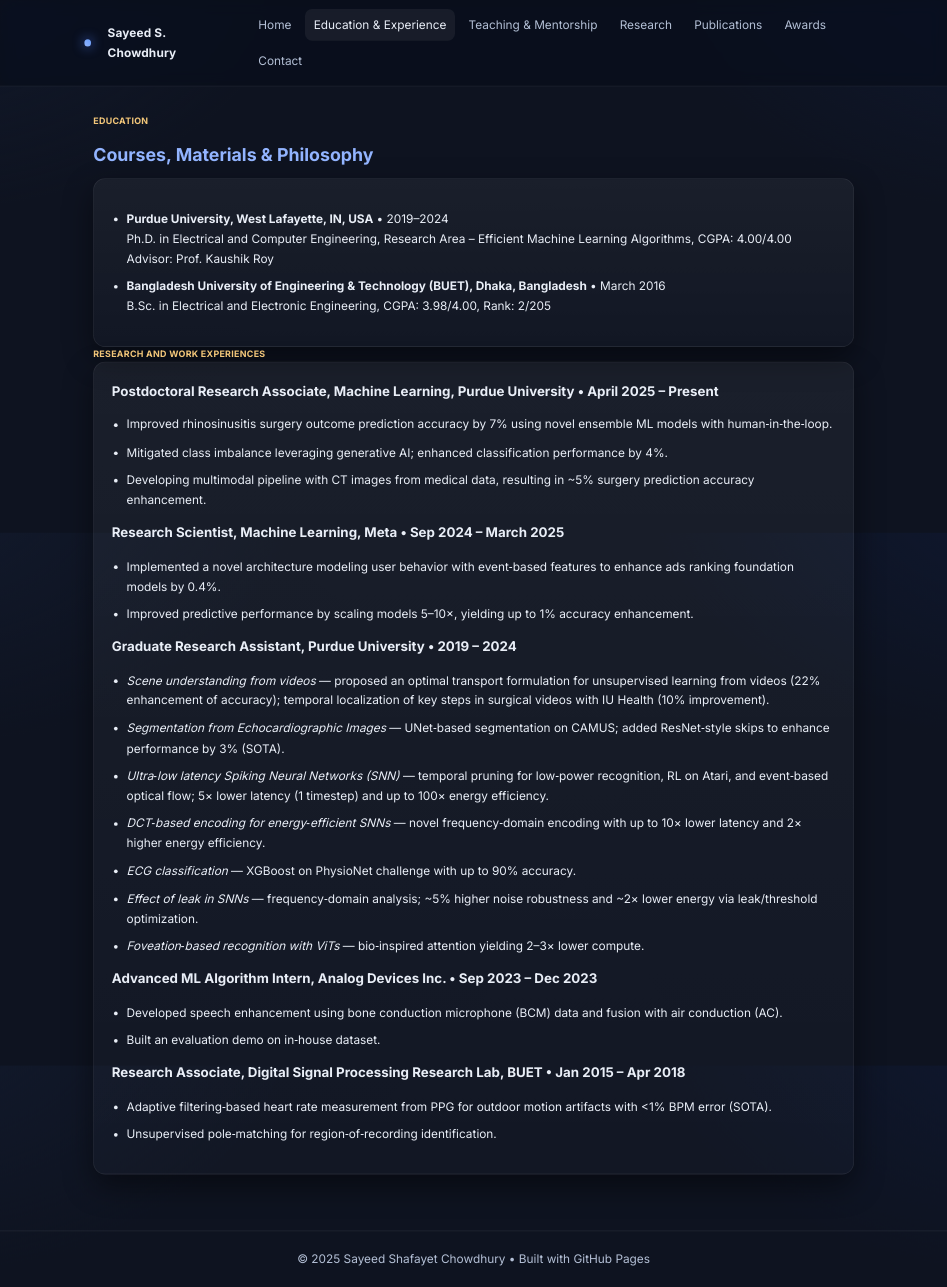
Repository: SayeedChowdhury/SayeedChowdhury.github.io
Page: edu-exp.html
The author's editor kept a copy of each file at every save. The page is drawn from the files as they stood at one save, then again after the next save.
The browser window is 1280 px wide. The pictures show the whole page, at 74% of full size.

Above is the page before, as saved 2025-08-10 19:10:31.

### edu-exp.html
<!doctype html>
<html lang="en">
<head>
  <meta charset="utf-8">
  <meta name="viewport" content="width=device-width, initial-scale=1">
  <title>Education & Experience • Sayeed S. Chowdhury</title>
  <link rel="preconnect" href="https://fonts.googleapis.com">
  <link rel="preconnect" href="https://fonts.gstatic.com" crossorigin>
  <link href="https://fonts.googleapis.com/css2?family=Inter:wght@400;600;700&display=swap" rel="stylesheet">
  <link rel="stylesheet" href="assets/style.css">
</head>
<body>
<div class="nav">
  <div class="inner container">
    <div class="brand"><span class="dot"></span> <a href="index.html" style="text-decoration:none;color:inherit;">Sayeed S. Chowdhury</a></div>
    <div style="margin-left:auto; display:flex; gap:6px; flex-wrap:wrap">
      <a href="index.html" class="">Home</a>
      <a href="edu-exp.html" class="active">Education & Experience</a>
      <a href="teaching.html" class="">Teaching & Mentorship</a>
      <a href="research.html" class="">Research</a>
      <a href="publications.html" class="">Publications</a>
      <a href="awards.html" class="">Awards</a>
      <a href="contact.html" class="">Contact</a>
    </div>
  </div>
</div>
<div class="container">

<section class="section">
  <div class="kicker">Education</div>
  <h2>Courses, Materials & Philosophy</h2>
  <div class="card">
    <ul class="list">
      <li><strong>Purdue University, West Lafayette, IN, USA</strong> • 2019–2024<br>
          Ph.D. in Electrical and Computer Engineering, Research Area – Efficient Machine Learning Algorithms, CGPA: 4.00/4.00<br>
          Advisor: Prof. Kaushik Roy
      </li>
      <li><strong>Bangladesh University of Engineering & Technology (BUET), Dhaka, Bangladesh</strong> • March 2016<br>
          B.Sc. in Electrical and Electronic Engineering, CGPA: 3.98/4.00, Rank: 2/205
      </li>
    </ul>
  </div>

  <div class="kicker">Research and Work Experiences</div>
  <div class="card">
    <h3>Postdoctoral Research Associate, Machine Learning, Purdue University • April 2025 – Present</h3>
    <ul class="list">
      <li>Improved rhinosinusitis surgery outcome prediction accuracy by 7% using novel ensemble ML models with human‑in‑the‑loop.</li>
      <li>Mitigated class imbalance leveraging generative AI; enhanced classification performance by 4%.</li>
      <li>Developing multimodal pipeline with CT images from medical data, resulting in ~5% surgery prediction accuracy enhancement.</li>
    </ul>

    <h3>Research Scientist, Machine Learning, Meta • Sep 2024 – March 2025</h3>
    <ul class="list">
      <li>Implemented a novel architecture modeling user behavior with event‑based features to enhance ads ranking foundation models by 0.4%.</li>
      <li>Improved predictive performance by scaling models 5–10×, yielding up to 1% accuracy enhancement.</li>
    </ul>

    <h3>Graduate Research Assistant, Purdue University • 2019 – 2024</h3>
    <ul class="list">
      <li><em>Scene understanding from videos</em> — proposed an optimal transport formulation for unsupervised learning from videos (22% enhancement of accuracy); temporal localization of key steps in surgical videos with IU Health (10% improvement).</li>
      <li><em>Segmentation from Echocardiographic Images</em> — UNet‑based segmentation on CAMUS; added ResNet‑style skips to enhance performance by 3% (SOTA).</li>
      <li><em>Ultra‑low latency Spiking Neural Networks (SNN)</em> — temporal pruning for low‑power recognition, RL on Atari, and event‑based optical flow; 5× lower latency (1 timestep) and up to 100× energy efficiency.</li>
      <li><em>DCT‑based encoding for energy‑efficient SNNs</em> — novel frequency‑domain encoding with up to 10× lower latency and 2× higher energy efficiency.</li>
      <li><em>ECG classification</em> — XGBoost on PhysioNet challenge with up to 90% accuracy.</li>
      <li><em>Effect of leak in SNNs</em> — frequency‑domain analysis; ~5% higher noise robustness and ~2× lower energy via leak/threshold optimization.</li>
      <li><em>Foveation‑based recognition with ViTs</em> — bio‑inspired attention yielding 2–3× lower compute.</li>
    </ul>

    <h3>Advanced ML Algorithm Intern, Analog Devices Inc. • Sep 2023 – Dec 2023</h3>
    <ul class="list">
      <li>Developed speech enhancement using bone conduction microphone (BCM) data and fusion with air conduction (AC).</li>
      <li>Built an evaluation demo on in‑house dataset.</li>
    </ul>

    <h3>Research Associate, Digital Signal Processing Research Lab, BUET • Jan 2015 – Apr 2018</h3>
    <ul class="list">
      <li>Adaptive filtering‑based heart rate measurement from PPG for outdoor motion artifacts with &lt;1% BPM error (SOTA).</li>
      <li>Unsupervised pole‑matching for region‑of‑recording identification.</li>
    </ul>
  </div>

  <!-- <div class="kicker">Teaching Experience</div>
  <div class="card">
    <h3>Visiting Assistant Professor, Purdue University • August 2025 – Present</h3>
    <ul class="list">
      <li>Designed and taught upper‑undergrad AI for IoT (instructor of record); guest lectures in Artificial Intelligence.</li>
      <li>Supervising capstone on transfer learning for biomedical AI.</li>
    </ul>

    <h3>Lecturer, Ahsanullah University of Science and Technology (AUST), Dhaka • 2018</h3>
    <ul class="list">
      <li>Taught C++ and MATLAB programming; instructor of record for VLSI (theory & lab), contributed curriculum & lab manual.</li>
    </ul>

    <h3>Lecturer, Bangladesh University of Engineering & Technology (BUET), Dhaka • 2016–2017</h3>
    <ul class="list">
      <li>Courses: Signals & Systems (EEE 301), Electrical DC/AC Circuits (EEE 101/105), Measurement & Instrumentation (EEE 407), DSP (EEE 307); taught 12 lab sections including programming.</li>
    </ul>

    <h3>Lecturer, BRAC University, Dhaka • 2016</h3>
    <ul class="list">
      <li>Digital Signal Processing (theory and laboratory); led power system protection lab for multiple sections.</li>
    </ul>
  </div> -->
</section>

</div>
<div class="footer">© 2025 Sayeed Shafayet Chowdhury • Built with GitHub Pages</div>
</body>
</html>

### assets/style.css

:root{
  --bg:#0e1320;
  --bg-grad1:#121a2d;
  --panel:#151b2e;
  --panel-2:#101626;
  --ink:#e9eef7;
  --muted:#b4c0d6;
  --navy:#92b4ff;
  --gold:#f3c77a;
  --border:rgba(255,255,255,.08);
  --shadow:0 16px 40px rgba(0,0,0,.45);
  --radius:16px;
}

*{box-sizing:border-box}
html,body{height:100%}
body{
  margin:0;
  color:var(--ink);
  background:
    radial-gradient(900px 600px at -10% -10%, var(--bg-grad1) 0%, transparent 60%),
    radial-gradient(900px 600px at 110% -10%, #0f1830 0%, transparent 60%),
    var(--bg);
  font:16px/1.7 "Inter", system-ui, -apple-system, Segoe UI, Roboto, Helvetica, Arial;
  -webkit-font-smoothing:antialiased;
}

.container{max-width:1100px;margin:0 auto;padding:24px}

.nav{
  position:sticky; top:0; z-index:10;
  background:rgba(9,13,24,.7);
  backdrop-filter:saturate(170%) blur(10px);
  border-bottom:1px solid var(--border);
}
.nav .inner{display:flex; align-items:center; gap:16px; padding:12px 24px;}
.nav .brand{display:flex; align-items:center; gap:10px; font-weight:700; letter-spacing:.2px; color:var(--ink)}
.nav .brand .dot{width:10px;height:10px;border-radius:50%;background:linear-gradient(45deg,var(--navy),#6aa0ff); box-shadow:0 0 16px #4e79ff}
.nav a{color:var(--muted); text-decoration:none; padding:8px 12px; border-radius:10px}
.nav a.active, .nav a:hover{color:var(--ink); background:rgba(255,255,255,.06)}

.hero{
  display:grid; grid-template-columns:1.1fr .9fr; gap:28px; align-items:stretch;
  padding:48px 24px 12px;
}
.card{
  background:linear-gradient(180deg, rgba(255,255,255,.05), rgba(255,255,255,.02));
  border:1px solid var(--border);
  border-radius:var(--radius);
  box-shadow:var(--shadow);
  padding:24px;
}
h1{font-size:32px; margin:0 0 4px}
h2{font-size:24px;margin:16px 0 10px;color:var(--navy)}
h3{font-size:18px;margin:0 0 6px}
.lead{color:var(--muted); font-size:16px}
.badges{display:flex; flex-wrap:wrap; gap:10px; margin-top:14px}
.badge{background:rgba(146,180,255,.14); border:1px solid rgba(146,180,255,.4); color:#d9e4ff; padding:6px 10px; border-radius:999px; font-size:13px}

.row{display:flex; gap:18px; flex-wrap:wrap; align-items:center}
.cta{display:flex; gap:12px; flex-wrap:wrap; margin-top:12px}
.button{display:inline-flex;align-items:center;gap:10px;padding:12px 16px;border-radius:12px;border:1px solid var(--border);background:rgba(146,180,255,.16);color:var(--ink);text-decoration:none;font-weight:600}
.button.secondary{background:rgba(255,255,255,.04)}

.headshot{width:160px;height:160px;border-radius:50%;object-fit:cover;border:3px solid rgba(255,255,255,.08);box-shadow:var(--shadow)}

.section{padding:12px}
.kicker{color:var(--gold);font-weight:700;letter-spacing:.4px;text-transform:uppercase;font-size:12px}

.list{padding-left:20px}
.list li{margin:10px 0}

.footer{border-top:1px solid var(--border); color:var(--muted); padding:24px; text-align:center; margin-top:40px}

@media (max-width: 900px){
  .hero{grid-template-columns:1fr}
}

@media print{
  .nav,.footer,.cta{display:none}
  body{background:white;color:#111}
  .card{box-shadow:none}
}

After the next save:
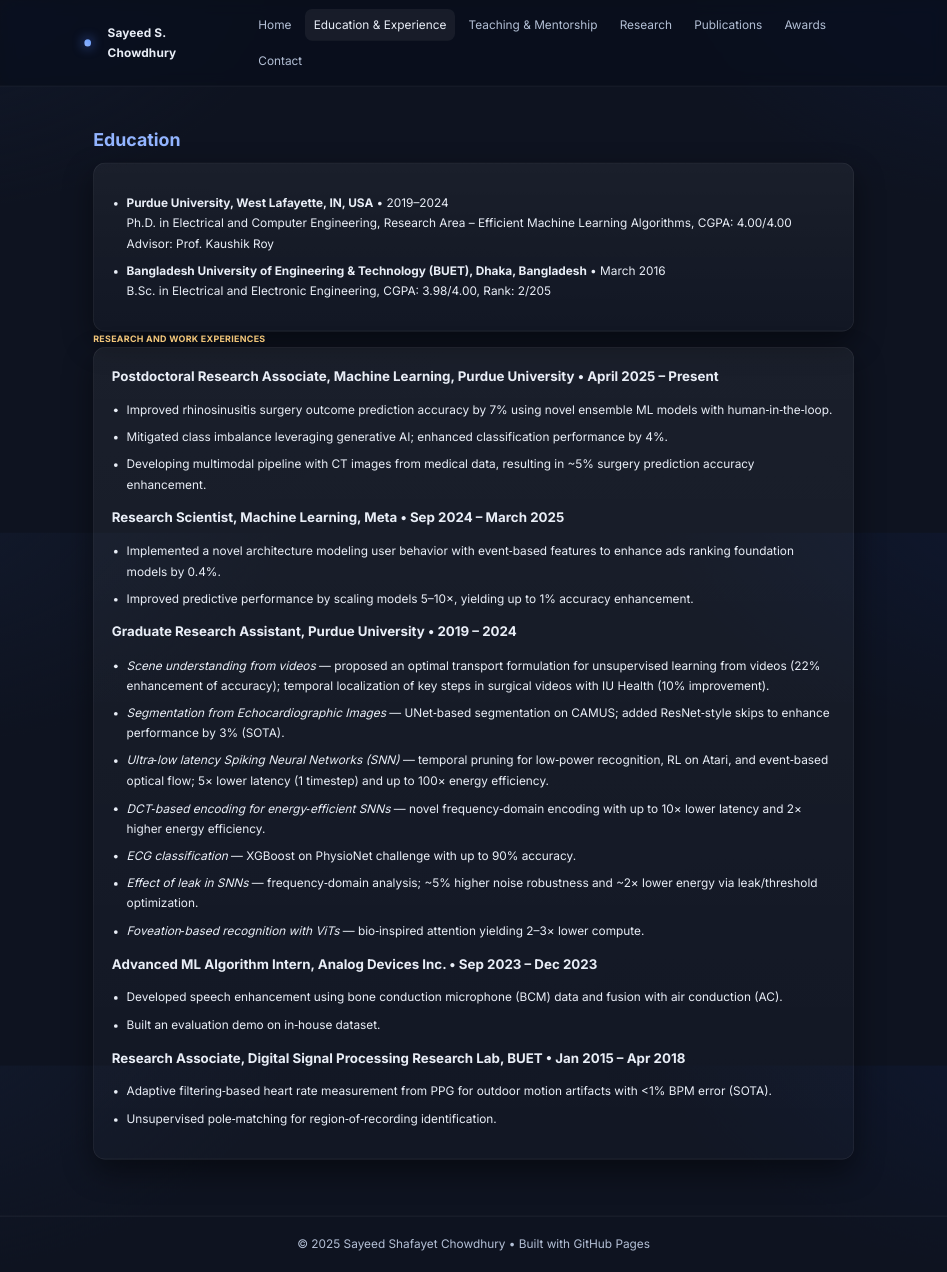
Saved 62 s later.
--- a/edu-exp.html
+++ b/edu-exp.html
@@ -27,8 +27,8 @@
 <div class="container">
 
 <section class="section">
-  <div class="kicker">Education</div>
-  <h2>Courses, Materials & Philosophy</h2>
+  <!-- <div class="kicker">Education</div> -->
+  <h2>Education</h2>
   <div class="card">
     <ul class="list">
       <li><strong>Purdue University, West Lafayette, IN, USA</strong> • 2019–2024<br>
